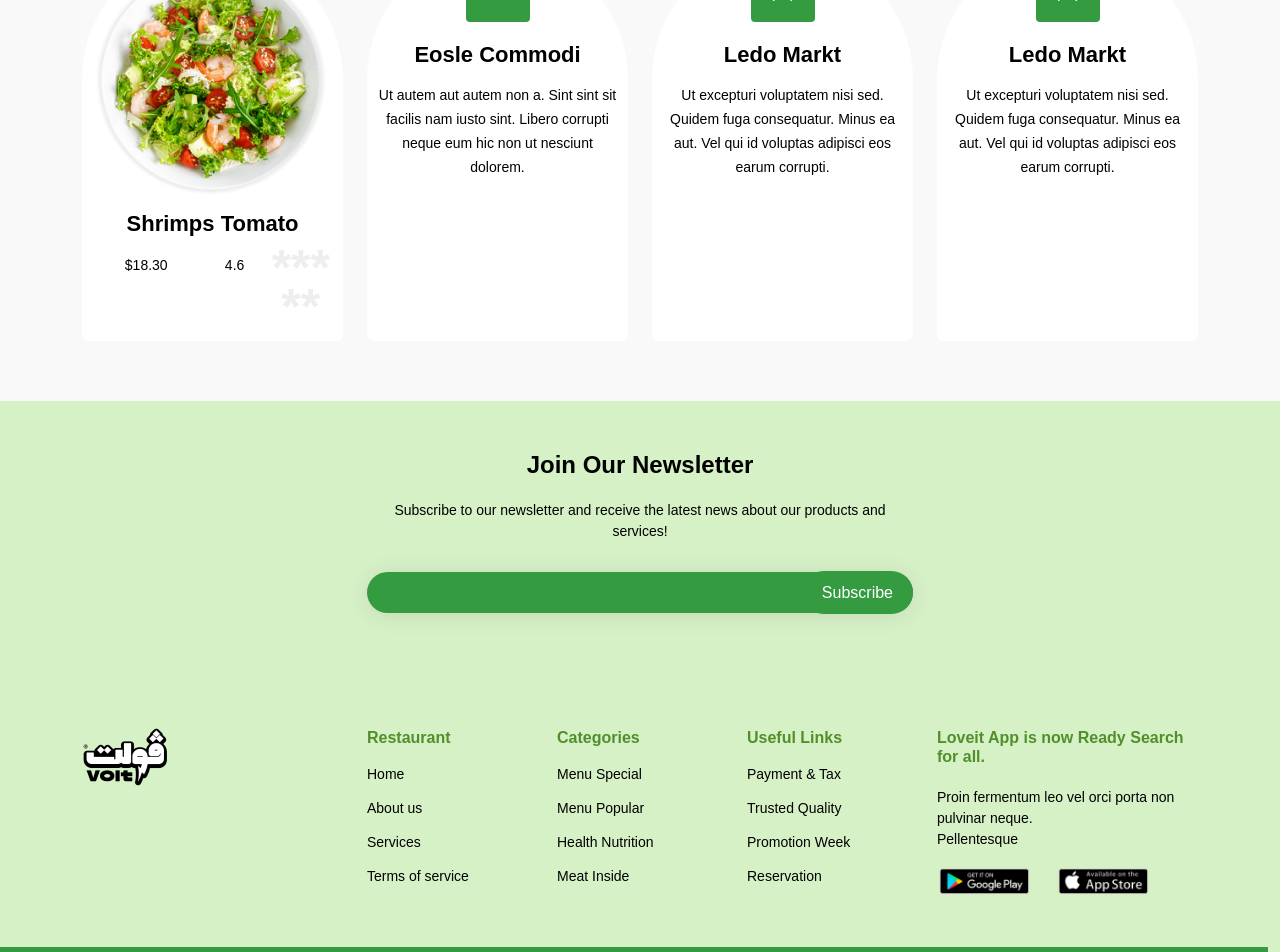
Repository: junivig/volt-new-project
Page: index.html
The author's editor kept a copy of each file at every save. The page is drawn from the files as they stood at one save, then again after the next save.
The browser window is 1280 px wide. The pictures show the part of the page from y = 2096 to 3048 px (the page is 3085 px tall before and 3093 px after).

Above is the page before, as saved 2025-01-30 12:34:47.

After the next save:
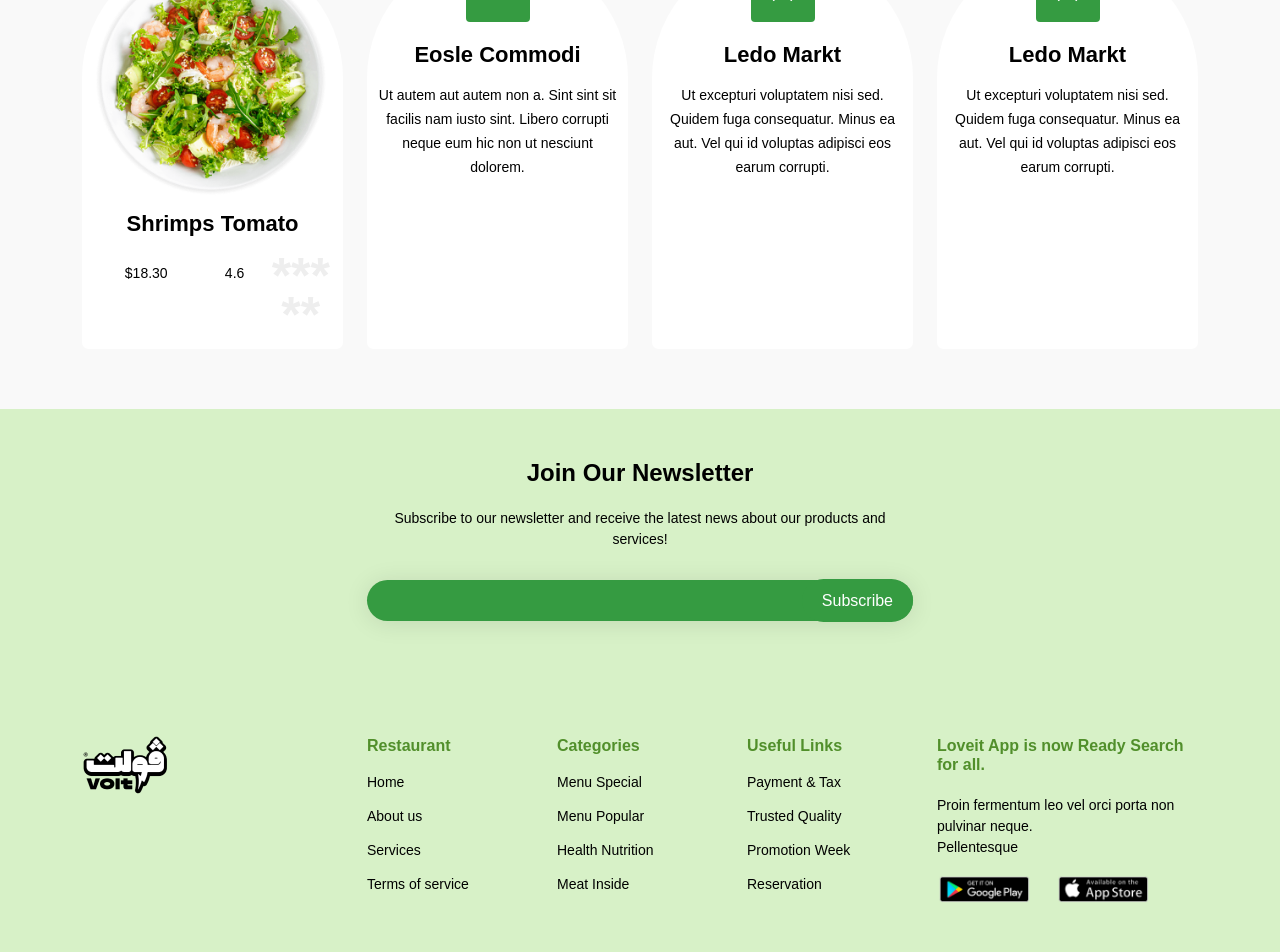
Saved 18 s later.
--- a/index.html
+++ b/index.html
@@ -332,7 +332,7 @@
                     <img src="assets/img/menu-one.png" class="img-fluid " alt="">
                   </div>
                     <h3>Shrimps Tomato</h3>
-                  <div class="row mt-3">
+                  <div class="row mt-4">
                     <div class="col-6">
                       <p>$18.30</p>
                     </div>
